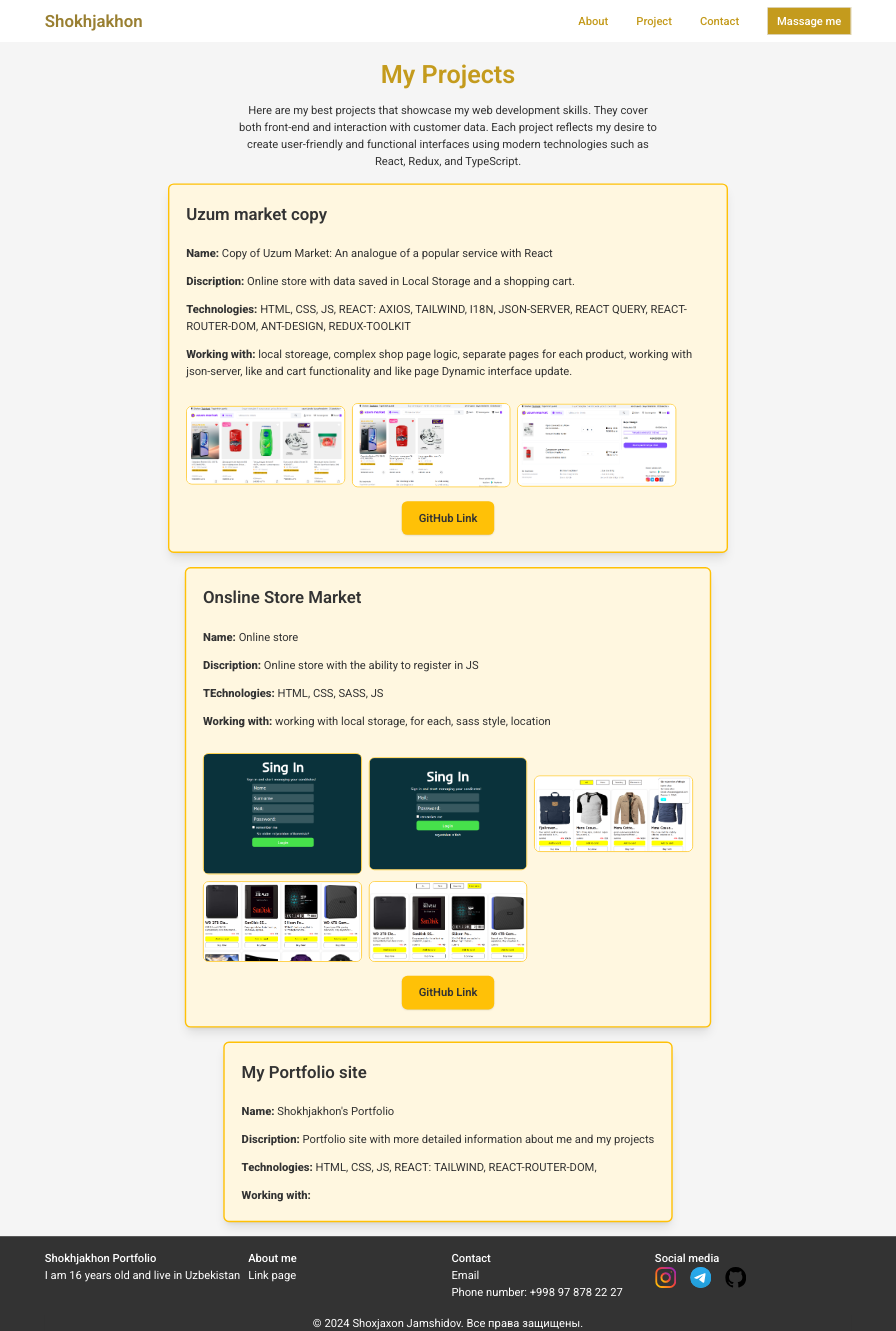
Repository: usershoh/My-Portfolio
Page: /project
These files come from the project's save history. The page is drawn as it stood at one moment and after the next save; the edit follows.
The browser window is 1280 px wide. The pictures show the whole page, at 70% of full size.
The project was rebuilt for these pictures with package versions that can differ from the ones it lists, and the page was loaded fresh each time. Also part of the build but not shown: vite.config.js, src/pages/blog/index.jsx, src/components/contact/title/index.jsx, src/components/contact/details/index.jsx, src/components/contact/location/index.jsx, src/components/contact/cta/index.jsx, src/pages/contact/index.jsx, src/components/home/hero/index.jsx and 11 more.

Above is the page before, as saved 2024-12-09 13:48:50.

After the next save:
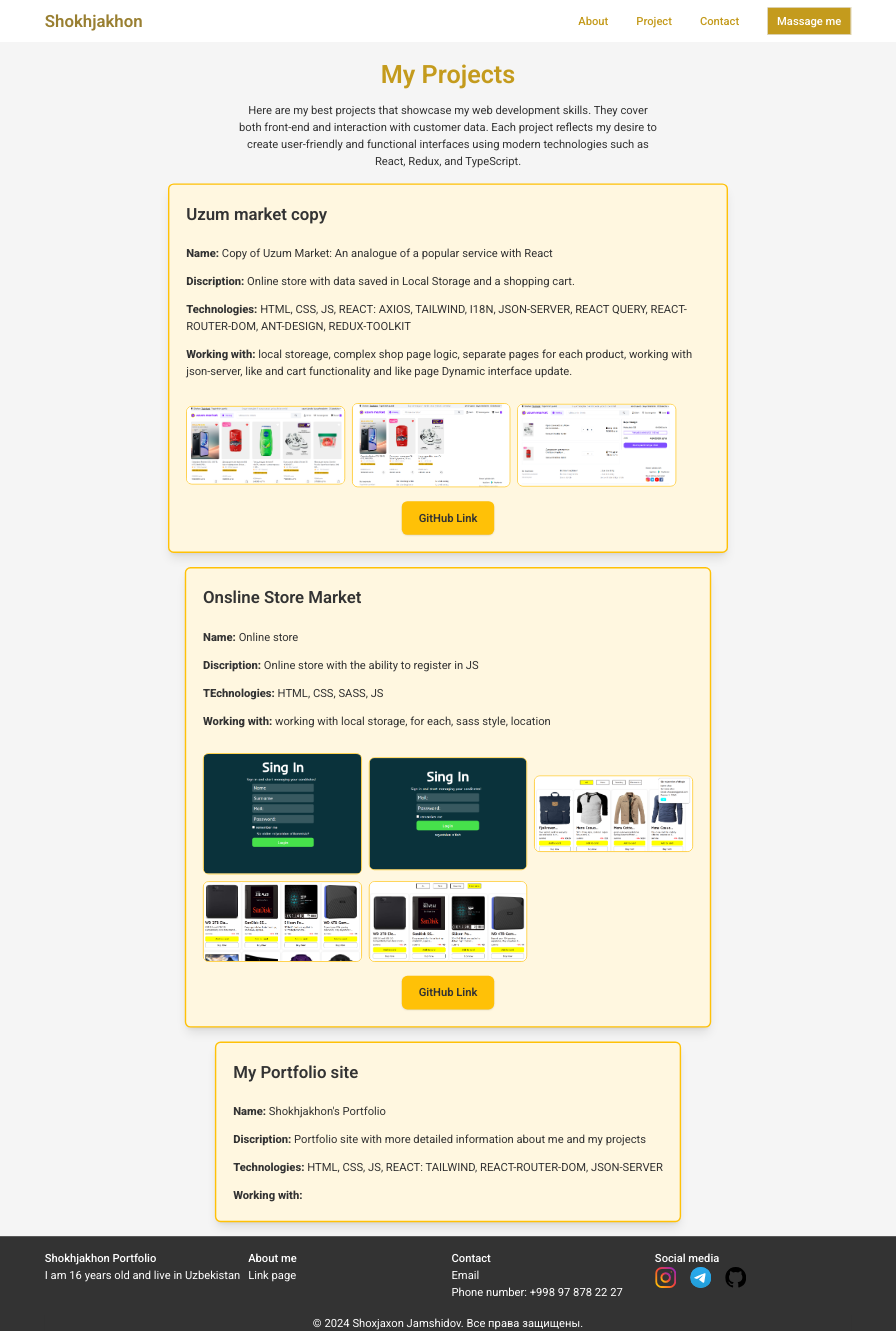
Saved 9 s later.
--- a/src/components/project/portfolio/index.jsx
+++ b/src/components/project/portfolio/index.jsx
@@ -14,7 +14,7 @@
           <strong>Discription: </strong> Portfolio site with more detailed information about me and my projects
         </p>
         <p className="text-[16px] text-dark">
-          <strong>Technologies: </strong> HTML, CSS, JS, REACT: TAILWIND, REACT-ROUTER-DOM,
+          <strong>Technologies: </strong> HTML, CSS, JS, REACT: TAILWIND, REACT-ROUTER-DOM, JSON-SERVER
         </p>
         <p className="text-[16px] text-dark">
           <strong>Working with: </strong>
